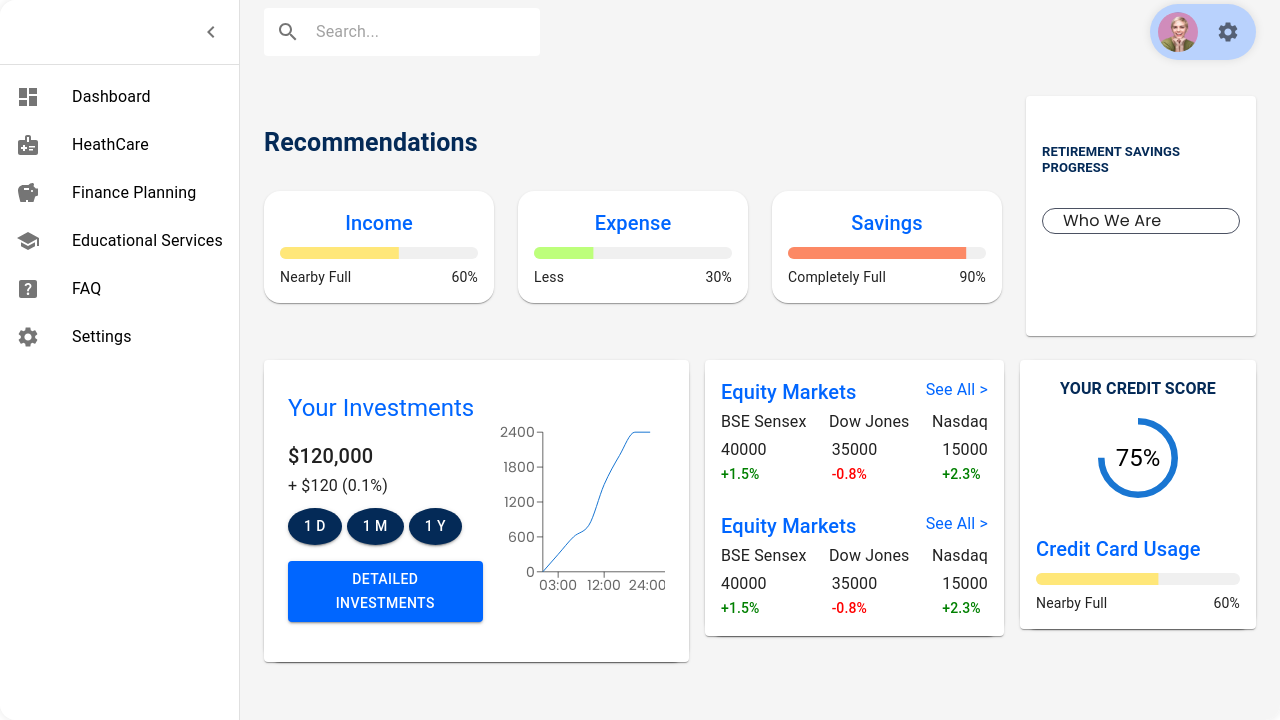
Repository: shubhampirate/TIAA_Retirement_hackathon
Page: /education
An editor plug-in stored every save of this project. The page is shown before and after a run of saves, followed by the edit.
The browser window is 1280 px wide. The pictures show the whole page.
The project was rebuilt for these pictures with package versions that can differ from the ones it lists, and the page was loaded fresh each time. Also part of the build but not shown: src/Components/CustomButton.jsx, src/Components/Navbar.jsx, src/Components/Properties.jsx, src/Components/Footer.jsx, src/Components/Hero.jsx, src/pages/Sign_In.jsx, src/Components/GaugeChart.jsx, src/Components/Dashboard.jsx and 3 more.

Above is the page before, as saved 2023-11-18 18:50:18.

After the next 2 saves:
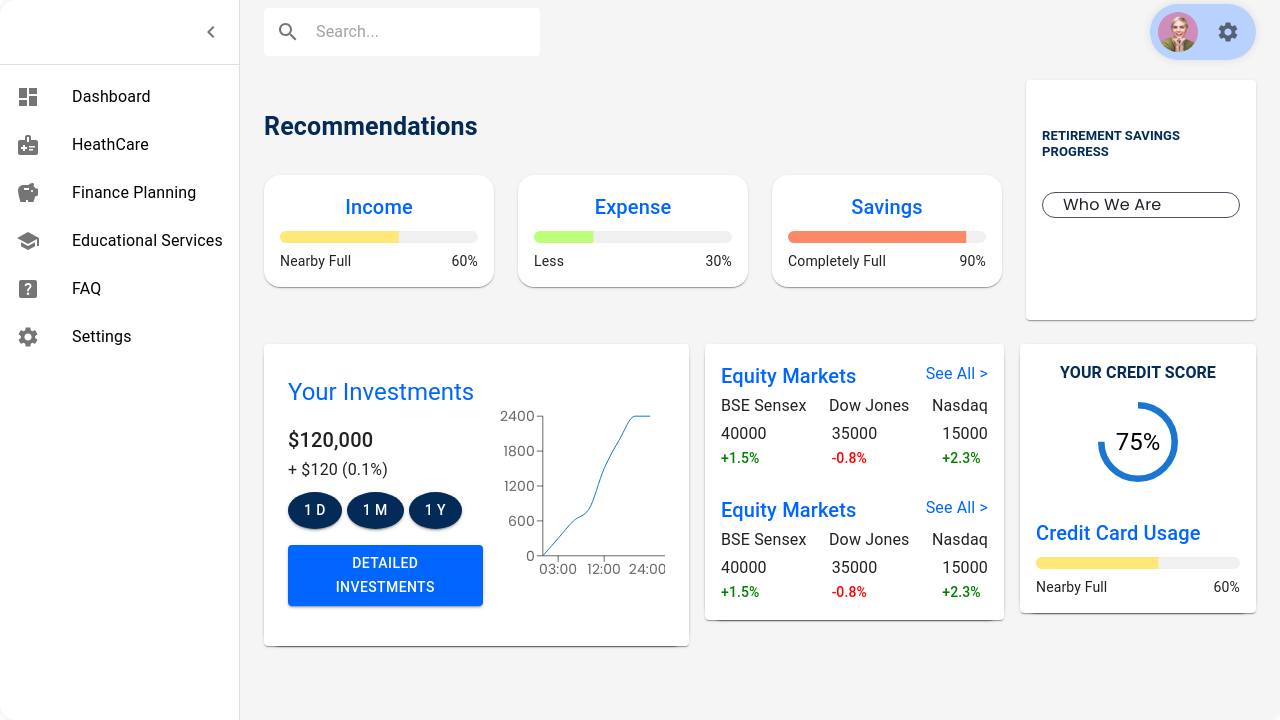
The 2 saves are shown as one change because they came seconds apart.
The last was saved 13 s later.
--- a/src/Components/Education.jsx
+++ b/src/Components/Education.jsx
@@ -248,7 +248,7 @@ export default function Education() {
           }}
         >
           <Toolbar />
-          <Container maxWidth="lg" sx={{ mt: 4, mb: 4 }}>
+          <Container maxWidth="lg" sx={{ mt: 2 , mb: 4 }}>
             <Grid container spacing={3}>
 
             <Grid item xs={12} md={8} lg={9}>
